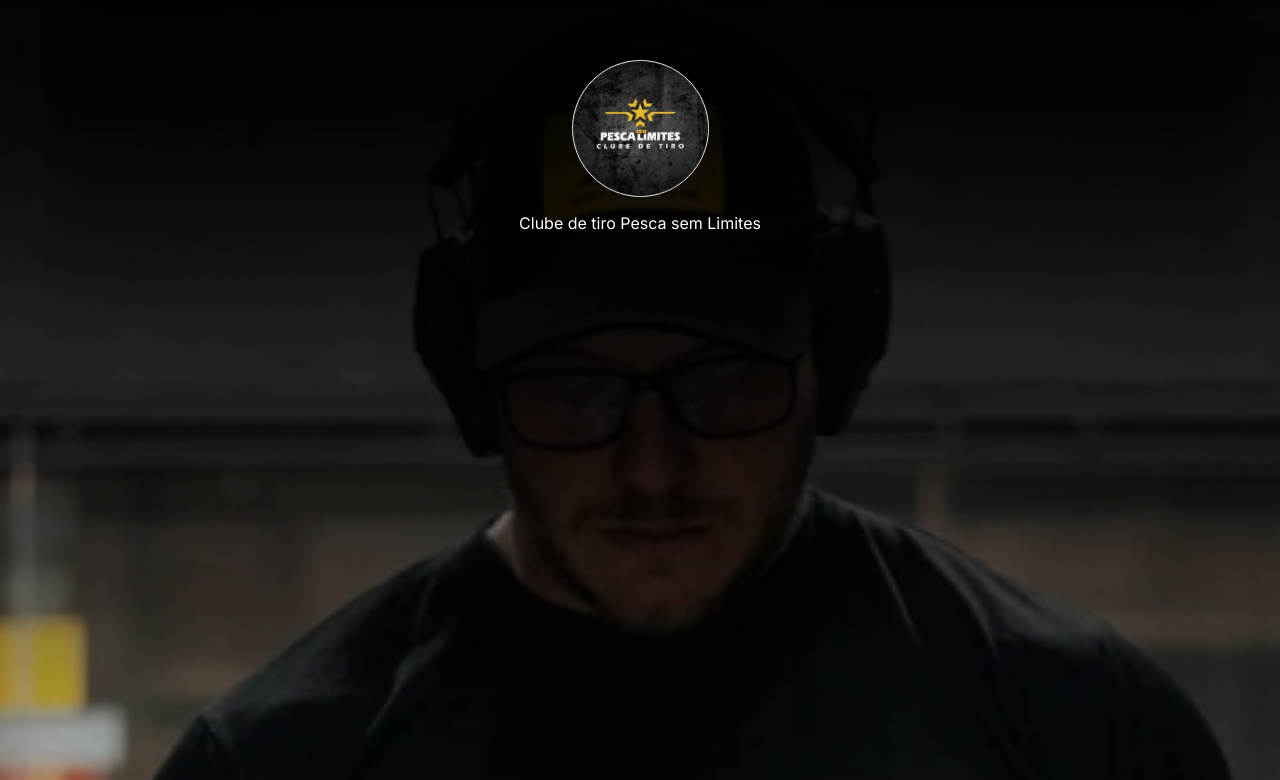
Repository: Fr4nc021/LinkPages-PescasemLimites
Page: index.html
These files come from the project's save history. The page is drawn as it stood at one moment and after the next save; the edit follows.
The browser window is 1280 px wide. The pictures show the whole page.

Above is the page before, as saved 2025-02-27 22:03:09.

### index.html
<!DOCTYPE html>
<html lang="pt-br">
<head>
    <link rel="preconnect" href="https://fonts.googleapis.com" />
    <link rel="preconnect" href="https://fonts.gstatic.com" crossorigin
    />
    <link
    href="https://fonts.googleapis.com/css2?family=Inter:ital,opsz,wght@0,14..32,100..900;1,14..32,100..900&display=swap" rel="stylesheet"
    />
    <link rel="stylesheet" href="style.css">
    <meta charset="UTF-8">
    <meta name="viewport" content="width=device-width, initial-scale=1.0">
    <title>LinkPage</title>
</head>
<body>
    <div id="profile">
        <img src="./midia/logo_clube_de_tiro.jpg"
        alt="Logo Pesca sem Limites Clube de tiro">
        <p>Clube de tiro Pesca sem Limites</p>
    </div>

</body>
</html>

### style.css
body * {
    font-family: "Inter", sans-serif;
    color: rgb(255, 255, 255);
}

body {
    background: url(./midia/Foto_fundo_mobile.jpg) no-repeat center center/cover;
    height: 100vh; /* Garante que o body ocupe 100% da altura da tela */
    margin: 0; /* Remove margens padrão */
    padding: 0; /* Remove padding padrão */
}
#profile img {
    border: 1px solid #ddd;
    width: 135px;
    display: block;
    margin: 60px auto 0; /* Adiciona 30px no topo, centraliza horizontalmente e remove margem inferior */
    padding: 0; /* Removendo o padding para evitar espaçamentos extras */
    border-radius: 50%;
}

#profile {
    text-align: center;
}

After the next save:
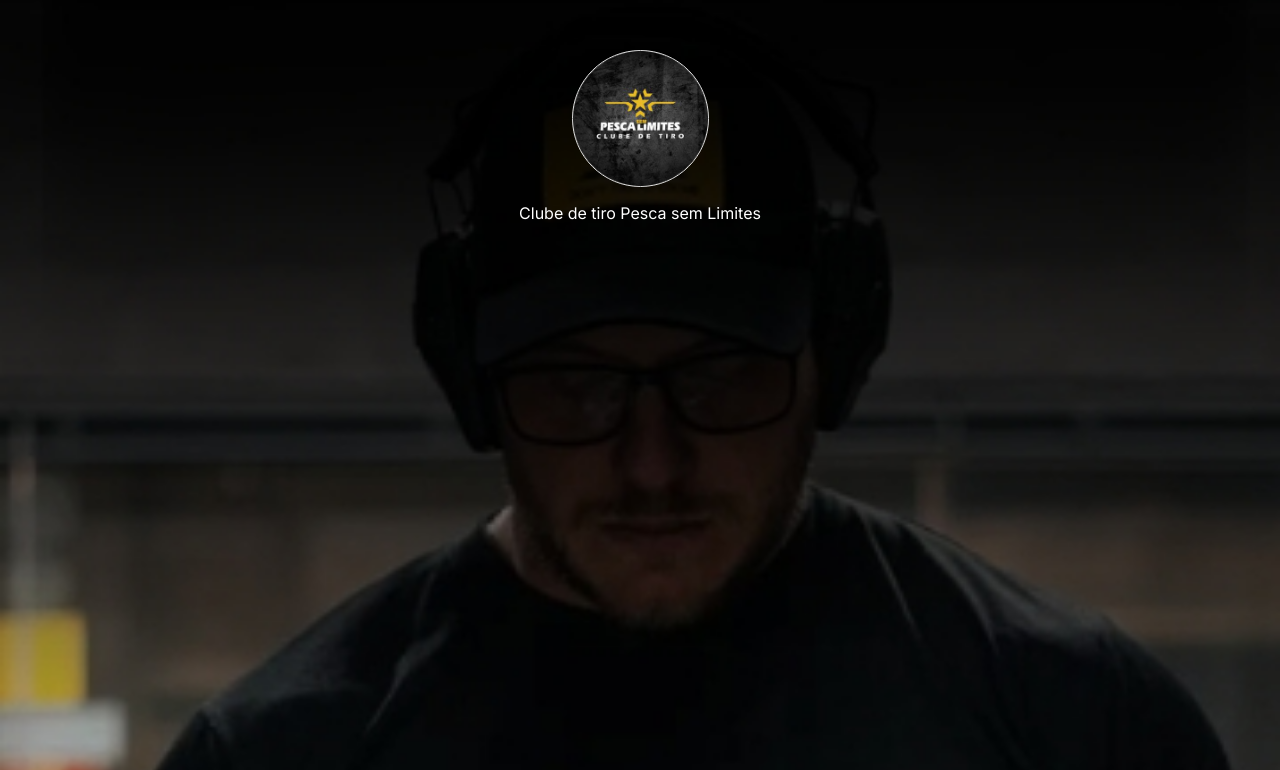
Saved 8 s later.
--- a/style.css
+++ b/style.css
@@ -13,7 +13,7 @@
     border: 1px solid #ddd;
     width: 135px;
     display: block;
-    margin: 60px auto 0; /* Adiciona 30px no topo, centraliza horizontalmente e remove margem inferior */
+    margin: 50px auto 0; /* Adiciona 30px no topo, centraliza horizontalmente e remove margem inferior */
     padding: 0; /* Removendo o padding para evitar espaçamentos extras */
     border-radius: 50%;
 }
